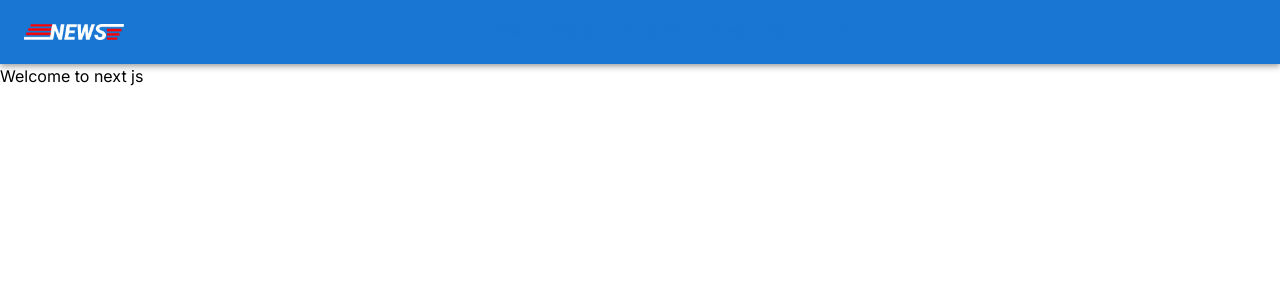
Repository: Wahid137/daily-news-nextjs
Page: /
These files come from the project's save history. The page is drawn as it stood at one moment and after a run of saves; the edit follows.
The browser window is 1280 px wide. The pictures show the whole page.
The project was rebuilt for these pictures with package versions that can differ from the ones it lists, and the page was loaded fresh each time. The framework's server and built-in components were replaced by stand-ins that run in the browser. Also part of the build but not shown: next.config.mjs.

Above is the page before, as saved 2024-02-22 14:47:21.

After the next 5 saves:
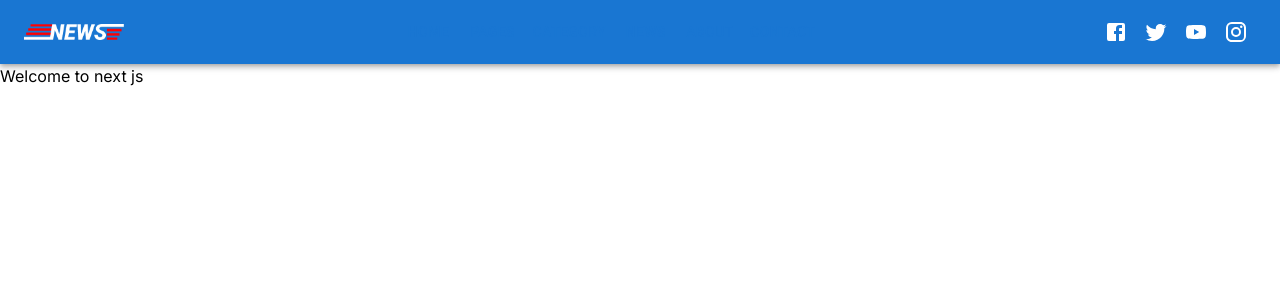
The 5 saves are shown as one change because 4 did not build or start.
The last was saved 3 min 50 s later.
--- a/src/components/shared/Navbar.js
+++ b/src/components/shared/Navbar.js
@@ -1,6 +1,8 @@
 "use client"
 
 import logo from "@/assets/logo.png";
+import { Facebook, Instagram, Twitter, YouTube } from "@mui/icons-material";
+import { IconButton, Stack } from "@mui/material";
 import AppBar from '@mui/material/AppBar';
 import Box from '@mui/material/Box';
 import Button from '@mui/material/Button';
@@ -58,6 +60,29 @@ function Navbar() {
                         ))}
                     </Box>
 
+                    <Box>
+                        <Stack
+                            direction="row"
+                            sx={{
+                                "& svg": {
+                                    color: "white",
+                                },
+                            }}
+                        >
+                            <IconButton>
+                                <Facebook />
+                            </IconButton>
+                            <IconButton>
+                                <Twitter />
+                            </IconButton>
+                            <IconButton>
+                                <YouTube />
+                            </IconButton>
+                            <IconButton>
+                                <Instagram />
+                            </IconButton>
+                        </Stack>
+                    </Box>
 
                 </Toolbar>
             </Container>
